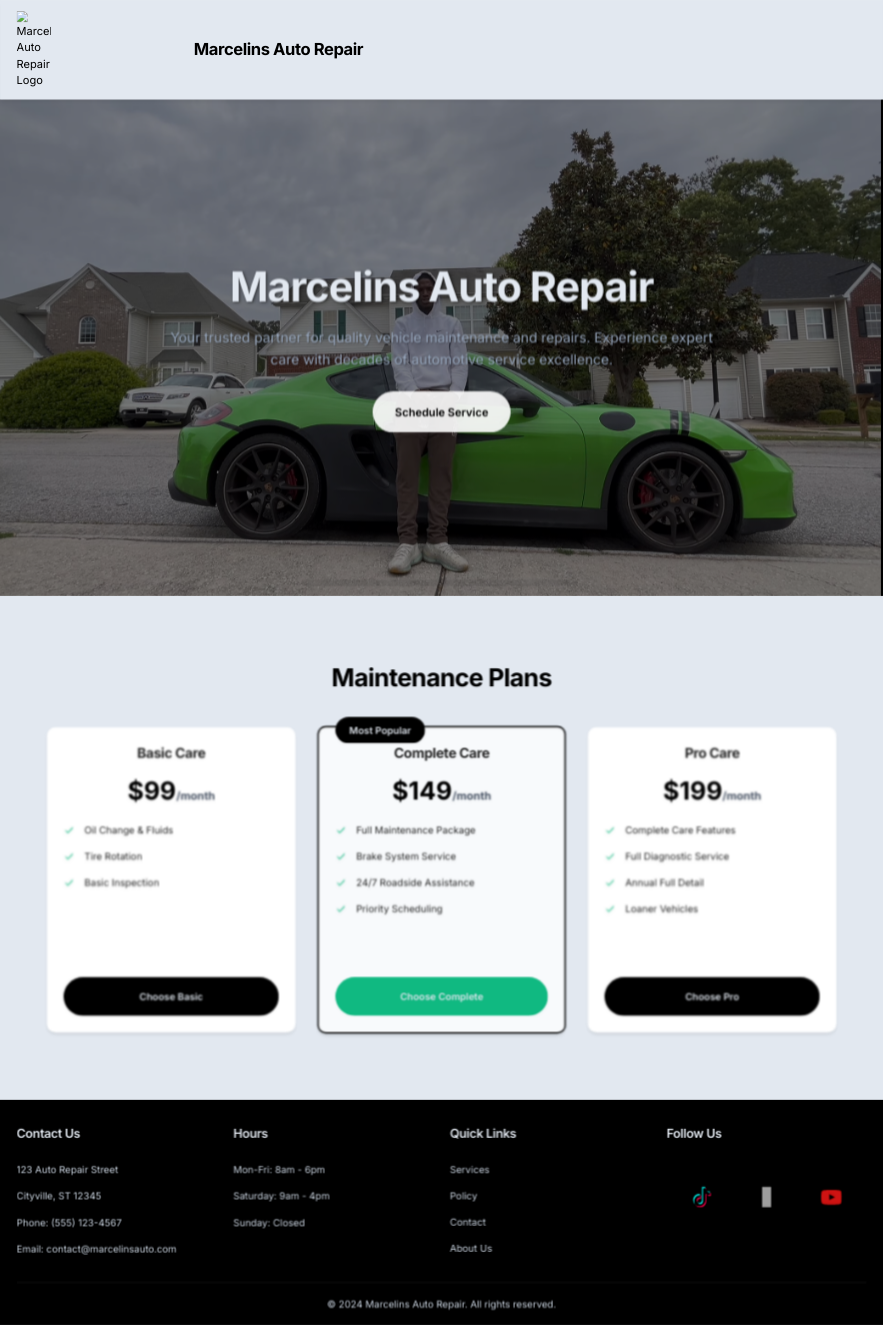
Repository: ilovegames507/twebsite-2
Page: frontend/public/index.html
An editor plug-in stored every save of this project. The page is shown before and after the next save, followed by the edit.
The browser window is 1280 px wide. The pictures show the whole page, at 69% of full size.
Pictures or frames that could not be fetched are drawn as grey boxes.

Above is the page before, as saved 2025-03-17 22:16:13.

### frontend/public/index.html
<!DOCTYPE html>
<html lang="en">

<head>

  <head>
    <meta charset="UTF-8" />
    <meta name="viewport" content="width=device-width, initial-scale=1.0" />
    <link rel="preconnect" href="https://fonts.googleapis.com" />
    <link rel="preconnect" href="https://fonts.gstatic.com" crossorigin />
    <link
      href="https://fonts.googleapis.com/css2?family=Inter:ital,opsz,wght@0,14..32,100..900;1,14..32,100..900&family=Source+Code+Pro:ital,wght@0,200..900;1,200..900&display=swap"
      rel="stylesheet" />
    <link rel="stylesheet" href="styles/modern-normalize.css" />
    <link rel="stylesheet" href="styles/global.css" />
    <link rel="stylesheet" href="styles/components/header.css" />
    <link rel="stylesheet" href="styles/components/hero.css" />
    <link rel="stylesheet" href="styles/components/pricing.css" />

    <link rel="stylesheet" href="styles/components/footer.css" />
    <link rel="stylesheet" href="styles/utils.css" />

    <link rel="icon" type="image/x-icon" href="/src/Images/favicon.ico">
    <title>Marcelins Auto Repair</title>
  </head>
</head>

<body>
  <header class="header">
    <div class="header__container">
      <img src="/src/Images/favicon.ico" class="header__logo" alt="Marcelins Auto Repair Logo">
      <a href="/" class="header__title">Marcelins Auto Repair</a>
      <nav class="header__nav">
        <a class="header__link" href="#pricing">Servies</a>
        <a class="header__link" href="#features">Policy</a>
        <a class="header__link" href="#contact">Contact</a>
        <div class="header__btn-container">
          <button class="header__btn">Login</button>
          <button class="header__btn">Sign Up</button>
        </div>
      </nav>

      <button class="header__bars">
        <svg xmlns="http://www.w3.org/2000/svg" height="24px" viewBox="0 -960 960 960" width="24px">
          <path d="M120-240v-80h720v80H120Zm0-200v-80h720v80H120Zm0-200v-80h720v80H120Z" />
        </svg>
      </button>
    </div>
  </header>
  <section class="hero">
    <div class="hero__content">
      <h1 class="hero__title">Marcelins Auto Repair</h1>
      <p class="hero__description">Your trusted partner for quality vehicle maintenance and repairs. Experience expert
        care with decades of automotive service excellence.</p>
      <button class="hero__cta">Schedule Service</button>
    </div>
  </section>
<section class="pricing">
  <div class="pricing__container">
    <h2 class="pricing__title">Maintenance Plans</h2>
    <div class="pricing__cards">
      <div class="pricing__card">
        <h3 class="pricing__package">Basic Care</h3>
        <div class="pricing__amount">$99<span class="pricing__frequency">/month</span></div>
        <ul class="pricing__perks">
          <li class="pricing__perk">
            <svg class="pricing__checkmark" xmlns="http://www.w3.org/2000/svg" viewBox="0 0 24 24" fill="currentColor">
              <path d="M9 16.17 4.83 12l-1.42 1.41L9 19 21 7l-1.41-1.41z"/>
            </svg>
            Oil Change & Fluids
          </li>
          <li class="pricing__perk">
            <svg class="pricing__checkmark" xmlns="http://www.w3.org/2000/svg" viewBox="0 0 24 24" fill="currentColor">
              <path d="M9 16.17 4.83 12l-1.42 1.41L9 19 21 7l-1.41-1.41z"/>
            </svg>
            Tire Rotation
          </li>
          <li class="pricing__perk">
            <svg class="pricing__checkmark" xmlns="http://www.w3.org/2000/svg" viewBox="0 0 24 24" fill="currentColor">
              <path d="M9 16.17 4.83 12l-1.42 1.41L9 19 21 7l-1.41-1.41z"/>
            </svg>
            Basic Inspection
          </li>
        </ul>
        <button class="pricing__cta">Choose Basic</button>
      </div>

      <div class="pricing__card pricing__card--featured">
        <div class="pricing__badge">Most Popular</div>
        <h3 class="pricing__package">Complete Care</h3>
        <div class="pricing__amount">$149<span class="pricing__frequency">/month</span></div>
        <ul class="pricing__perks">
          <li class="pricing__perk">
            <svg class="pricing__checkmark" xmlns="http://www.w3.org/2000/svg" viewBox="0 0 24 24" fill="currentColor">
              <path d="M9 16.17 4.83 12l-1.42 1.41L9 19 21 7l-1.41-1.41z"/>
            </svg>
            Full Maintenance Package
          </li>
          <li class="pricing__perk">
            <svg class="pricing__checkmark" xmlns="http://www.w3.org/2000/svg" viewBox="0 0 24 24" fill="currentColor">
              <path d="M9 16.17 4.83 12l-1.42 1.41L9 19 21 7l-1.41-1.41z"/>
            </svg>
            Brake System Service
          </li>
          <li class="pricing__perk">
            <svg class="pricing__checkmark" xmlns="http://www.w3.org/2000/svg" viewBox="0 0 24 24" fill="currentColor">
              <path d="M9 16.17 4.83 12l-1.42 1.41L9 19 21 7l-1.41-1.41z"/>
            </svg>
            24/7 Roadside Assistance
          </li>
          <li class="pricing__perk">
            <svg class="pricing__checkmark" xmlns="http://www.w3.org/2000/svg" viewBox="0 0 24 24" fill="currentColor">
              <path d="M9 16.17 4.83 12l-1.42 1.41L9 19 21 7l-1.41-1.41z"/>
            </svg>
            Priority Scheduling
          </li>
        </ul>
        <button class="pricing__cta pricing__cta--featured">Choose Complete</button>
      </div>

      <div class="pricing__card">
        <h3 class="pricing__package">Pro Care</h3>
        <div class="pricing__amount">$199<span class="pricing__frequency">/month</span></div>
        <ul class="pricing__perks">
          <li class="pricing__perk">
            <svg class="pricing__checkmark" xmlns="http://www.w3.org/2000/svg" viewBox="0 0 24 24" fill="currentColor">
              <path d="M9 16.17 4.83 12l-1.42 1.41L9 19 21 7l-1.41-1.41z"/>
            </svg>
            Complete Care Features
          </li>
          <li class="pricing__perk">
            <svg class="pricing__checkmark" xmlns="http://www.w3.org/2000/svg" viewBox="0 0 24 24" fill="currentColor">
              <path d="M9 16.17 4.83 12l-1.42 1.41L9 19 21 7l-1.41-1.41z"/>
            </svg>
            Full Diagnostic Service
          </li>
          <li class="pricing__perk">
            <svg class="pricing__checkmark" xmlns="http://www.w3.org/2000/svg" viewBox="0 0 24 24" fill="currentColor">
              <path d="M9 16.17 4.83 12l-1.42 1.41L9 19 21 7l-1.41-1.41z"/>
            </svg>
            Annual Full Detail
          </li>
          <li class="pricing__perk">
            <svg class="pricing__checkmark" xmlns="http://www.w3.org/2000/svg" viewBox="0 0 24 24" fill="currentColor">
              <path d="M9 16.17 4.83 12l-1.42 1.41L9 19 21 7l-1.41-1.41z"/>
            </svg>
            Loaner Vehicles
          </li>
        </ul>
        <button class="pricing__cta">Choose Pro</button>
      </div>
    </div>
  </div>
</section>

  <footer class="footer">
    <div class="footer__container">
      <div class="footer__content">
        <div class="footer__section">
          <h3 class="footer__heading">Contact Us</h3>
          <p class="footer__text">123 Auto Repair Street</p>
          <p class="footer__text">Cityville, ST 12345</p>
          <p class="footer__text">Phone: (555) 123-4567</p>
          <p class="footer__text">Email: contact@marcelinsauto.com</p>
        </div>

        <div class="footer__section">
          <h3 class="footer__heading">Hours</h3>
          <p class="footer__text">Mon-Fri: 8am - 6pm</p>
          <p class="footer__text">Saturday: 9am - 4pm</p>
          <p class="footer__text">Sunday: Closed</p>
        </div>

        <div class="footer__section">
          <h3 class="footer__heading">Quick Links</h3>
          <a href="#services" class="footer__link">Services</a>
          <a href="#policy" class="footer__link">Policy</a>
          <a href="#contact" class="footer__link">Contact</a>
          <a href="#about" class="footer__link">About Us</a>
        </div>

        <div class="footer__section">
          <h3 class="footer__heading">Follow Us</h3>
          <div class="footer__socials">
            <a href="#" class="footer__social-link" aria-label="TicTok">
              <img src="src/Images/tictok.svg" alt="TicTok">
            </a>
            <a href="#" class="footer__social-link" aria-label="Instagram">
              <img src="src/Images/instagram.svg" alt="Instagram">
            </a>
            <a href="#" class="footer__social-link" aria-label="YouTube">
              <img src="src/Images/youtube.svg" alt="YouTube">
            </a>
          </div>
        </div>
      </div>

      <div class="footer__bottom">
        <p class="footer__copy">&copy; 2024 Marcelins Auto Repair. All rights reserved.</p>
      </div>
    </div>
  </footer>
  <script>
    document.querySelector('.header__bars').addEventListener('click', function () {
      document.querySelector('.header').classList.toggle('header--mobile-open');
    });
  </script>
</body>

</html>

### frontend/public/styles/global.css
:root {
  /* fonts */
  --font-primary: 'Inter', sans-serif;
  --font-secondary: 'Source Code Pro', monospace;

  /* colors */
  --clr-dark: #000000;
  --clr-gray: #2b2b2b;
  --clr-light: #ffffff;
  --clr-white: rgb(255, 255, 255);
  --clr-green: #10b981;
  --clr-green-hvr: #10996b;

  --clr-slate50: #f8fafc;
  --clr-slate100: #f1f5f9;
  --clr-light: #e2e8f0;
  --clr-slate300: #cbd5e1;
  --clr-text: #94a3b8;
  --clr-slate800: #1e293b;
  --clr-bg: #0a101f;

  --clr-muted: #4a5566;

  /* shadow */
  --shadow: 0 4px 6px -1px rgba(0, 0, 0, 0.1);

  /* transtion */
  --transition: all 0.3s cubic-bezier(0.4, 0, 0.2, 1);

  /* sizes */
  --size-xxs: 0.5rem;
  --size-xs: 0.75rem;
  --size-sm: 0.875rem;
  --size-base: 1rem;
  --size-lg: 1.125rem;
  --size-xl: 1.25rem;
  --size-2xl: 1.5rem;
  --size-3xl: 1.875rem;
  --size-4xl: 2.25rem;
  --size-5xl: 3rem;
  --size-6xl: 3.75rem;
  --size-7xl: 4.5rem;
  --size-8xl: 6rem;
  --size-9xl: 8rem;
  --size-10xl: 10rem;
}

* {
  margin: 0;
  padding: 0;
  line-height: calc(1em + 0.5rem);
  animation: fadeIn 0.5s cubic-bezier(0.4, 0, 0.2, 1) both;
  animation-delay: 0.01s;
}

body {
  font-family: var(--font-primary);
  background-color: var(--clr-light);
  color: var(--clr-dark);
}

img,
picture,
video,
canvas,
svg {
  display: block;
  max-width: 100%;
}

input,
button,
textarea,
select {
  font: inherit;
}

button {
  border: none;
  background: none;
  color: inherit;
  cursor: pointer;
}

h1,
h2,
h3,
h4,
h5,
h6 {
  letter-spacing: -0.025em;
}

p {
  color: var(--clr-text);
}

a {
  color: var(--clr-slate50);
}

strong {
  color: #ff0000;
  font-weight: 800;
}

button:focus-visible,
a:focus-visible {
  outline: solid var(--clr-light);
}

body::-webkit-scrollbar {
  width: 5px;
}

body::-webkit-scrollbar-track {
  box-shadow: inset 0 0 6 px rgba(0, 0, 0, 0);
}

body::-webkit-scrollbar-thumb {
  background: #bebebe;
  border-radius: 1000px;
}

body::-webkit-scrollbar-thumb:hover {
  background: #555;
}

@keyframes fadeIn {
  from {
    opacity: 0;
    transform: translateY(-20px);
  }

  to {
    opacity: 1;
    transform: translateY(0);
  }
}

h1,
h2,
h3,
h4,
h5,
h6 {
  animation-delay: 0.3s;
}

p,
a,
button {
  animation-delay: 0.4s;
}

img {
  animation-delay: 0.5s;
}

### frontend/public/styles/components/header.css
.header {
  position: sticky;
  top: 0;
  background: var(--clr-light);
  backdrop-filter: blur(8px);
  z-index: 9999;
  box-shadow: var(--shadow);
}

.header__container {
  display: flex;
  justify-content: space-between;
  align-items: center;
  padding: 1rem 1.5rem;
  max-width: 1440px;
  margin: 0 auto;
}

.header__title {
  color: var(--clr-dark);
  font-family: var(--font-primary);
  font-size: 1.5rem;
  font-weight: 700;
  letter-spacing: -0.025em;
  text-decoration: none;
  transition: var(--transition);
  display: inline-flex;
  align-items: center;
  gap: 1rem;
}

.header__title-text {
  transition: var(--transition);
}

.header__logo {
  max-width: 50px;
  height: auto;
  transition: var(--transition);
}

.header__nav {
  display: flex;
  gap: 2rem;
  align-items: center;
}

.header__link {
  color: var(--clr-dark);
  font-family: var(--font-primary);
  font-size: 0.875rem;
  font-weight: 500;
  text-decoration: none;
  transition: var(--transition);
  padding: 0.5rem 1rem;
  border-radius: 0.375rem;
}

.header__link:hover {
  background: rgba(255, 255, 255, 0.1);
}

.header__btn {
  background: var(--clr-accent);
  color: var(--clr-light);
  background: var(--clr-dark);
  padding: 0.5rem 1.25rem;
  border-radius: 0.375rem;
  font-weight: 600;
  transition: var(--transition);
}

.header__btn:hover {
  background: var(--clr-gray);
}

.header__bars {
  display: none;
  color: var(--clr-light);
  background: none;
  padding: 0.5rem;
  border-radius: 0.375rem;
}

/* Mobile Styles */
@media (max-width: 825px) {
  .header__nav {
    display: none;
  }

  .header__bars {
    display: block;
  }

  .header__title-text {
    display: block;
  }

  .header__logo {
    display: none;
  }

  .header--mobile-open .header__nav {
    display: flex;
    flex-direction: column;
    position: absolute;
    background: var(--clr-light);
    top: 100%;
    left: 0;
    right: 0;
    padding: 1rem;
    gap: 0.5rem;
  }

  .header--mobile-open .header__logo {
    display: block;
    max-width: 50px;
  }

  .header--mobile-open .header__link {
    width: 100%;
    text-align: center;
    padding: 0.75rem;
  }

  .header--mobile-open .header__btn-container {
    display: flex;
    flex-direction: column;
    gap: 0.5rem;
    margin-top: 1rem;
  }
}

@media (max-width: 768px) {
  .header__title-text {
    display: none;
  }

  .header__logo {
    display: block;
    max-width: 60px;
  }
}

@media (max-width: 480px) {
  .header__logo {
    max-width: 50px;
  }

  .header__container {
    padding: 0.75rem 1rem;
  }
}

### frontend/public/styles/components/hero.css
.hero {
    position: relative;
    min-height: 100vh;
    background-image: linear-gradient(rgba(0, 0, 0, 0.5), rgba(0, 0, 0, 0.5)),
                  url('/frontend/public/src/Images/IMG_5435.jpg');
    background-size: cover;
    background-position: center;
    background-repeat: no-repeat;
    display: flex;
    align-items: center;
    padding: 2rem;
  }

  .hero__content {
    position: relative;
    max-width: 800px;
    margin: 0 auto;
    text-align: center;
    color: var(--clr-light);
    z-index: 1;
  }

  .hero__title {
    font-size: var(--size-6xl);
    margin-bottom: var(--size-2xl);
    text-shadow: 2px 2px 4px rgba(0, 0, 0, 0.5);
  }

  .hero__description {
    font-size: var(--size-xl);
    margin-bottom: var(--size-3xl);
    line-height: 1.6;
    text-shadow: 1px 1px 2px rgba(0, 0, 0, 0.3);
  }

  .hero__cta {
    background-color: rgba(255, 255, 255, 0.9);
    color: var(--clr-dark);
    padding: var(--size-base) var(--size-3xl);
    border-radius: 50px;
    font-weight: 600;
    transition: var(--transition);
    border: 2px solid transparent;
  }

  .hero__cta:hover {
    background-color: var(--clr-light);
    transform: translateY(-2px);
    box-shadow: var(--shadow);
  }

  @media (max-width: 768px) {
    .hero__title {
      font-size: var(--size-4xl);
    }

    .hero__description {
      font-size: var(--size-lg);
    }
  }

### frontend/public/styles/components/pricing.css
/* Pricing Section */
.pricing {
    padding: var(--size-8xl) 0;
    background-color: var(--clr-light);
  }

  .pricing__container {
    max-width: 1200px;
    margin: 0 auto;
    padding: 0 var(--size-2xl);
  }

  .pricing__title {
    font-size: var(--size-4xl);
    text-align: center;
    margin-bottom: var(--size-5xl);
    color: var(--clr-dark);
  }

  .pricing__cards {
    display: flex;
    gap: var(--size-2xl);
    justify-content: center;
    align-items: center;
  }

  .pricing__card {
    background: var(--clr-white);
    border-radius: 12px;
    padding: var(--size-2xl);
    box-shadow: var(--shadow);
    flex: 1;
    max-width: 360px;
    position: relative;
    transition: var(--transition);
  }

  .pricing__card--featured {
    background: var(--clr-slate50);
    border: 2px solid var(--clr-dark);
    transform: scale(1.05);
    z-index: 1;
    margin: 0 var(--size-xxs);
  }

  .pricing__badge {
    position: absolute;
    top: -15px;
    transform: translateX(-50%);
    background: var(--clr-dark);
    color: var(--clr-light);
    padding: var(--size-xxs) var(--size-xl);
    border-radius: 50px;
    font-size: var(--size-sm);
    font-weight: 600;
  }

  .pricing__package {
    font-size: var(--size-xl);
    margin-bottom: var(--size-lg);
    color: var(--clr-gray);
    text-align: center;
  }

  .pricing__amount {
    font-size: var(--size-4xl);
    font-weight: 700;
    margin-bottom: var(--size-2xl);
    color: var(--clr-dark);
    text-align: center;
  }

  .pricing__frequency {
    font-size: var(--size-base);
    color: var(--clr-muted);
  }

  .pricing__perks {
    list-style: none;
    margin-bottom: var(--size-2xl);
    text-align: left;
    min-height: 200px;
  }

  .pricing__perk {
    display: flex;
    align-items: center;
    gap: var(--size-sm);
    margin-bottom: var(--size-base);
    color: var(--clr-gray);
    font-size: var(--size-sm);
  }

  .pricing__checkmark {
    width: var(--size-base);
    height: var(--size-base);
    color: var(--clr-green);
    flex-shrink: 0;
  }

  .pricing__cta {
    background-color: var(--clr-dark);
    color: var(--clr-light);
    padding: var(--size-base) var(--size-xl);
    border-radius: 50px;
    font-weight: 600;
    transition: var(--transition);
    width: 100%;
    font-size: var(--size-sm);
  }

  .pricing__cta:hover {
    background-color: var(--clr-gray);
  }

  .pricing__cta--featured {
    background: var(--clr-green);
  }

  .pricing__cta--featured:hover {
    background: var(--clr-green-hvr);
  }

  .pricing__cta:hover {
    transform: translateY(-2px);
    box-shadow: var(--shadow);
  }

  @media (max-width: 768px) {
    .pricing__cards {
      flex-direction: column;
    }

    .pricing__card {
      width: 100%;
      max-width: 400px;
    }

    .pricing__card--featured {
      transform: none;
      margin: 0;
    }

    .pricing__title {
      font-size: var(--size-3xl);
    }

    .pricing__package {
      font-size: var(--size-lg);
    }

    .pricing__amount {
      font-size: var(--size-3xl);
    }
  }

### frontend/public/styles/components/footer.css
html {
    height: 100%;
}

body {
    min-height: 100vh;
    display: flex;
    flex-direction: column;
}

main {
    flex: 1 0 auto;
    width: 100%;
}

.footer {
    background-color: var(--clr-dark);
    color: var(--clr-light);
    padding: var(--size-4xl) 0 0;
    margin-top: auto;
}

.footer__container {
    max-width: 1440px;
    margin: 0 auto;
    padding: 0 var(--size-2xl);
}

.footer__content {
    display: grid;
    grid-template-columns: repeat(auto-fit, minmax(250px, 1fr));
    gap: var(--size-2xl);
    padding-bottom: var(--size-4xl);
}

.footer__section {
    display: flex;
    flex-direction: column;
    gap: var(--size-base);
}

.footer__heading {
    font-size: var(--size-lg);
    font-weight: 600;
    margin-bottom: var(--size-xs);
    color: var(--clr-light);
}

.footer__text {
    font-size: var(--size-sm);
    color: var(--clr-slate300);
    line-height: 1.6;
}

.footer__link {
    color: var(--clr-slate300);
    text-decoration: none;
    font-size: var(--size-sm);
    transition: var(--transition);
}

.footer__link:hover {
    color: var(--clr-light);
    transform: translateX(4px);
}

.footer__socials {
    display: flex;
}

.footer__social-link {
    color: var(--clr-slate300);
    transition: var(--transition);
    padding: var(--size-4xl);
    display: flex;
}

.footer__social-link:hover {
    color: var(--clr-light);
    transform: translateY(-2px);
}

.footer__bottom {
    border-top: 1px solid rgba(255, 255, 255, 0.1);
    padding: var(--size-xl) 0;
    text-align: center;
}

.footer__copy {
    font-size: var(--size-sm);
    color: var(--clr-slate300);
    margin: 0;
}

@media (max-width: 768px) {
    .footer__content {
        grid-template-columns: 1fr;
        text-align: center;
    }

    .footer__section {
        align-items: center;
    }

    .footer__link:hover {
        transform: none;
    }
}

### frontend/public/styles/utils.css
/* xs */
/* @media (min-width: 475px) {} */

/* sm */
/* @media (min-width: 640px) {} */

/* md */
/* @media (min-width: 768px) {} */

/* lg */
/* @media (min-width: 1024px) {} */

/* xl */
/* @media (min-width: 1280px) {} */

/* 2xl */
/* @media (min-width: 1536px) {} */

.container {
    width: 100%;
    margin-inline: auto;
    padding-inline: 0.5rem;
  }

  .btn {
    display: inline-block;
    background-color: rgb(255, 255, 255);
    color: var(--clr-dark);
    padding: 0.5em 1em;
    font-weight: 500;
    border-radius: 6px;
    line-height: 1.75rem;
    text-decoration: none;
    transition: 0.2s ease-in-out;
  }

  .btn:hover {
    transform: translateY(2px);
    background-color: rgb(168, 168, 168);
  }

  btn:focus-visible {
    outline: solid var(--clr-text);
  }

  .section {
    margin-top: 5rem;
  }

  .title {
    text-transform: uppercase;
    margin-bottom: 1rem;
    font-family: var(--font-secondary);
    color: var(--clr-text);
    font-size: var(--size-base);
  }

  /* xs */
  @media (min-width: 475px) {
    .container {
      max-width: 475px;
    }
  }

  /* sm */
  @media (min-width: 640px) {
    .container {
      max-width: 640px;
    }

    .title {
      font-size: var(--size-sm);
    }
  }

  /* md */
  @media (min-width: 768px) {
    .container {
      max-width: 768px;
    }
  }

  /* lg */
  @media (min-width: 1024px) {
    .container {
      max-width: 1024px;
    }

    .section {
      margin-top: 10rem;
    }

    .title {
      font-size: var(--size-base);
    }
  }

  /* xl */
  @media (min-width: 1280px) {
    .container {
      max-width: 1280px;
    }
  }

  /* 2xl */
  @media (min-width: 1536px) {
    .container {
      max-width: 1536px;
    }
  }

Loaded but not shown: frontend/public/styles/modern-normalize.css (203 lines, source omitted)

After the next save:
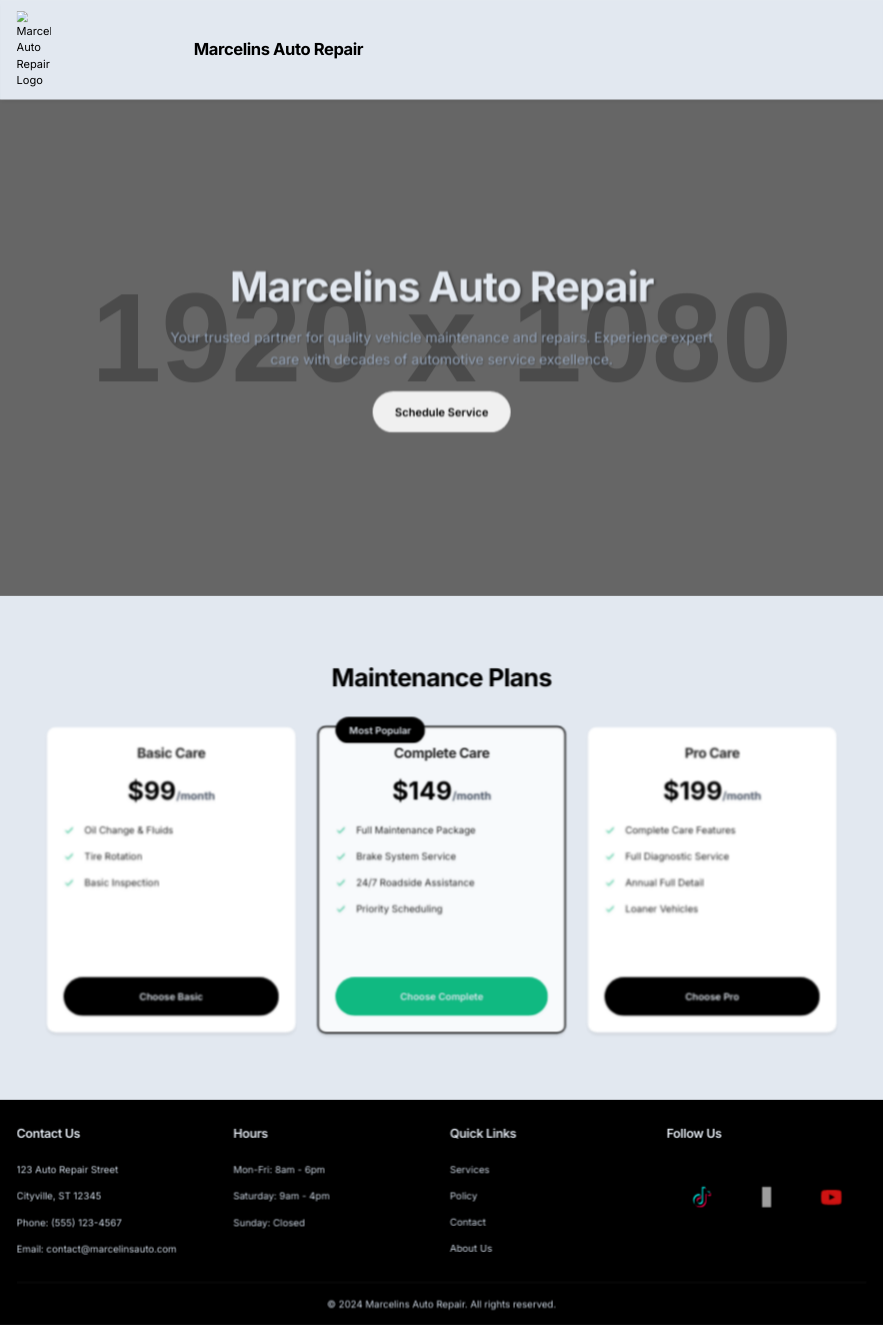
Saved 2 min 1 s later.
--- a/frontend/public/styles/components/hero.css
+++ b/frontend/public/styles/components/hero.css
@@ -2,7 +2,7 @@
     position: relative;
     min-height: 100vh;
     background-image: linear-gradient(rgba(0, 0, 0, 0.5), rgba(0, 0, 0, 0.5)),
-                  url('/frontend/public/src/Images/IMG_5435.jpg');
+                  url('https://via.placeholder.com/1920x1080');
     background-size: cover;
     background-position: center;
     background-repeat: no-repeat;
